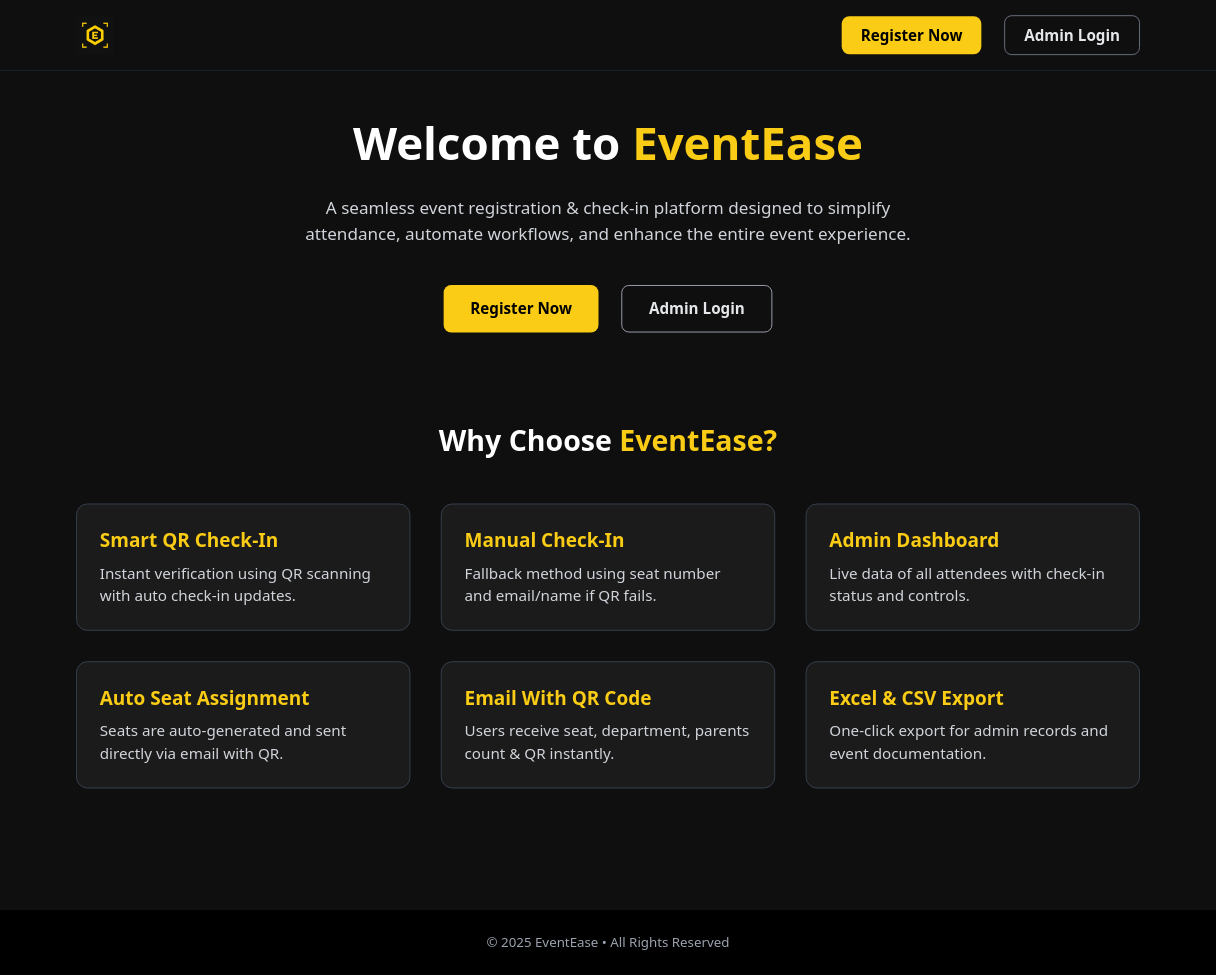
Repository: shravanramakunja/EventEase
Page: http://localhost/
An editor plug-in stored every save of this project. The page is shown before and after the next save, followed by the edit.
The browser window is 1280 px wide. The pictures show the whole page, at 95% of full size.
Some web libraries are served in a nearby version. The page is served by the project's Node server (server.js). Other server files are loaded and not shown.

Above is the page before, as saved 2025-11-29 17:18:56.

### views/index.ejs
<!DOCTYPE html>
<html lang="en">
<head>
  <meta charset="UTF-8" />
  <title>EventEase – Smart Event Check-In System</title>
  <script src="https://cdn.tailwindcss.com"></script>
</head>

<body class="bg-[#0f0f0f] text-white">

  <!-- NAVBAR -->
  <nav class="w-full bg-[#0f0f0f] border-b border-gray-800 fixed top-0 left-0 z-50">
    <div class="max-w-6xl mx-auto px-4 py-4 flex justify-between items-center">

      <!-- LOGO IMAGE -->
      <a href="/" class="flex items-center gap-3">
        <img src="/uploads/eventease-logo.png"
             alt="EventEase Logo"
             class="h-10 w-auto object-contain">
      </a>

      <!-- DESKTOP MENU -->
      <div class="hidden md:flex items-center gap-6">

        <a href="/register"
          class="bg-yellow-400 text-black px-5 py-2 rounded-lg font-semibold hover:bg-yellow-300 transition">
          Register Now
        </a>

        <a href="/admin"
          class="border border-gray-500 text-gray-200 px-5 py-2 rounded-lg font-semibold hover:bg-gray-800 transition">
          Admin Login
        </a>

      </div>

      <!-- MOBILE MENU BUTTON -->
      <button id="menuBtn" class="md:hidden text-yellow-400 text-3xl">
        ☰
      </button>

    </div>

    <!-- MOBILE MENU DROPDOWN -->
    <div id="mobileMenu" class="hidden bg-[#151515] border-t border-gray-700 md:hidden px-4 py-4 space-y-4">

      <a href="/register"
        class="block bg-yellow-400 text-black text-center px-5 py-2 rounded-lg font-semibold hover:bg-yellow-300 transition">
        Register Now
      </a>

      <a href="/admin"
        class="block border border-gray-500 text-gray-200 text-center px-5 py-2 rounded-lg font-semibold hover:bg-gray-800 transition">
        Admin Login
      </a>

    </div>
  </nav>

  <!-- SPACER (prevents hero from being hidden behind navbar) -->
  <div class="h-20"></div>

  <!-- HERO SECTION -->
  <section class="max-w-6xl mx-auto pt-10 pb-24 text-center px-4">
    <h1 class="text-5xl font-extrabold leading-tight">
      Welcome to <span class="text-yellow-400">EventEase</span>
    </h1>

    <p class="mt-6 text-lg text-gray-300 max-w-2xl mx-auto">
      A seamless event registration & check-in platform designed to simplify attendance,
      automate workflows, and enhance the entire event experience.
    </p>

    <div class="mt-10 flex justify-center gap-6">
      <a href="/register"
        class="bg-yellow-400 text-black font-semibold px-7 py-3 rounded-lg hover:bg-yellow-300 transition">
        Register Now
      </a>

      <a href="/admin"
        class="border border-gray-400 text-gray-200 font-semibold px-7 py-3 rounded-lg hover:bg-gray-800 transition">
        Admin Login
      </a>
    </div>
  </section>

  <!-- FEATURES SECTION -->
  <section class="max-w-6xl mx-auto pb-20 px-4">
    <h2 class="text-3xl font-bold text-center mb-12">
      Why Choose <span class="text-yellow-400">EventEase?</span>
    </h2>

    <div class="grid md:grid-cols-3 gap-8">

      <!-- Feature Card -->
      <div class="bg-[#1b1b1b] border border-gray-700 rounded-xl p-6 hover:scale-105 transition">
        <h3 class="text-xl font-semibold mb-2 text-yellow-400">Smart QR Check-In</h3>
        <p class="text-gray-300">Instant verification using QR scanning with auto check-in updates.</p>
      </div>

      <div class="bg-[#1b1b1b] border border-gray-700 rounded-xl p-6 hover:scale-105 transition">
        <h3 class="text-xl font-semibold mb-2 text-yellow-400">Manual Check-In</h3>
        <p class="text-gray-300">Fallback method using seat number and email/name if QR fails.</p>
      </div>

      <div class="bg-[#1b1b1b] border border-gray-700 rounded-xl p-6 hover:scale-105 transition">
        <h3 class="text-xl font-semibold mb-2 text-yellow-400">Admin Dashboard</h3>
        <p class="text-gray-300">Live data of all attendees with check-in status and controls.</p>
      </div>

      <div class="bg-[#1b1b1b] border border-gray-700 rounded-xl p-6 hover:scale-105 transition">
        <h3 class="text-xl font-semibold mb-2 text-yellow-400">Auto Seat Assignment</h3>
        <p class="text-gray-300">Seats are auto-generated and sent directly via email with QR.</p>
      </div>

      <div class="bg-[#1b1b1b] border border-gray-700 rounded-xl p-6 hover:scale-105 transition">
        <h3 class="text-xl font-semibold mb-2 text-yellow-400">Email With QR Code</h3>
        <p class="text-gray-300">Users receive seat, department, parents count & QR instantly.</p>
      </div>

      <div class="bg-[#1b1b1b] border border-gray-700 rounded-xl p-6 hover:scale-105 transition">
        <h3 class="text-xl font-semibold mb-2 text-yellow-400">Excel & CSV Export</h3>
        <p class="text-gray-300">One-click export for admin records and event documentation.</p>
      </div>

    </div>
  </section>

  <!-- FOOTER -->
  <footer class="bg-black py-6 mt-12">
    <p class="text-center text-gray-400 text-sm">
      © <%= new Date().getFullYear() %> EventEase • All Rights Reserved
    </p>
  </footer>

  <!-- MOBILE MENU JS -->
  <script>
    const btn = document.getElementById("menuBtn");
    const menu = document.getElementById("mobileMenu");

    btn.addEventListener("click", () => {
      menu.classList.toggle("hidden");
    });
  </script>

</body>
</html>

### server.js
// server.js

require("dotenv").config();
const express = require("express");
const path = require("path");
const session = require("express-session");
const bodyParser = require("body-parser");

const userRoutes = require("./routes/userRoutes");
const adminRoutes = require("./routes/adminRoutes");
const checkinRoutes = require("./routes/checkinRoutes");
const connectDB = require("./config/db");

const app = express();

// =====================
//  CONNECT DATABASE
// =====================
connectDB();

// =====================
//  MIDDLEWARE
// =====================
app.use(bodyParser.urlencoded({ extended: true }));
app.use(bodyParser.json());
app.use(express.json());
app.use(express.static(path.join(__dirname, "public")));

app.use(
  session({
    secret: process.env.SESSION_SECRET || "somesecretkey",
    resave: false,
    saveUninitialized: false,
    cookie: { maxAge: 24 * 60 * 60 * 1000 }
  })
);

// =====================
//  VIEW ENGINE
// =====================
app.set("view engine", "ejs");
app.set("views", path.join(__dirname, "views"));

// =====================
//  ROUTES
// =====================
app.use("/", userRoutes);
app.use("/admin", adminRoutes);
app.use("/checkin", checkinRoutes);
app.use("/checkin", require("./routes/checkinRoutes"));

// =====================
//  START SERVER
// =====================
const PORT = process.env.PORT || 5000;
app.listen(PORT, () => {
  console.log(`🚀 Server running on http://localhost:${PORT}`);
});

### routes/userRoutes.js
const express = require("express");
const router = express.Router();
const userController = require("../controllers/userController");

// Landing Page (Home)
router.get("/", (req, res) => {
  res.render("index");
});

// Show Registration Form
router.get("/register", (req, res) => {
  res.render("register");  // This is the new register.ejs
});

// Handle Registration Submit
router.post("/register", userController.registerUser);

// Success Page
router.get("/success", (req, res) => {
  res.render("success");
});

module.exports = router;

After the next save:
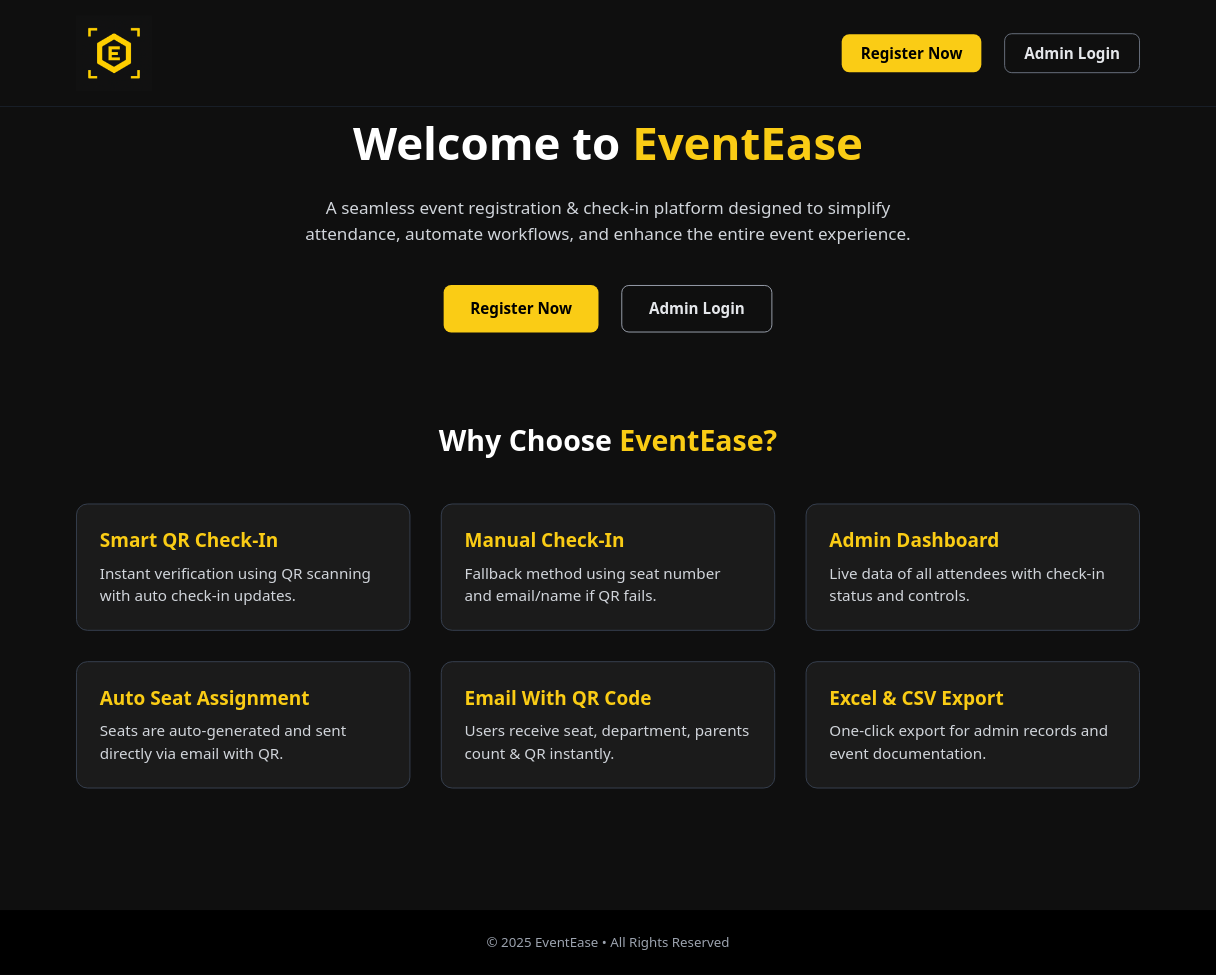
Saved 34 s later.
--- a/views/index.ejs
+++ b/views/index.ejs
@@ -16,7 +16,7 @@
       <a href="/" class="flex items-center gap-3">
         <img src="/uploads/eventease-logo.png"
              alt="EventEase Logo"
-             class="h-10 w-auto object-contain">
+             class="h-20 w-auto object-contain">
       </a>
 
       <!-- DESKTOP MENU -->
